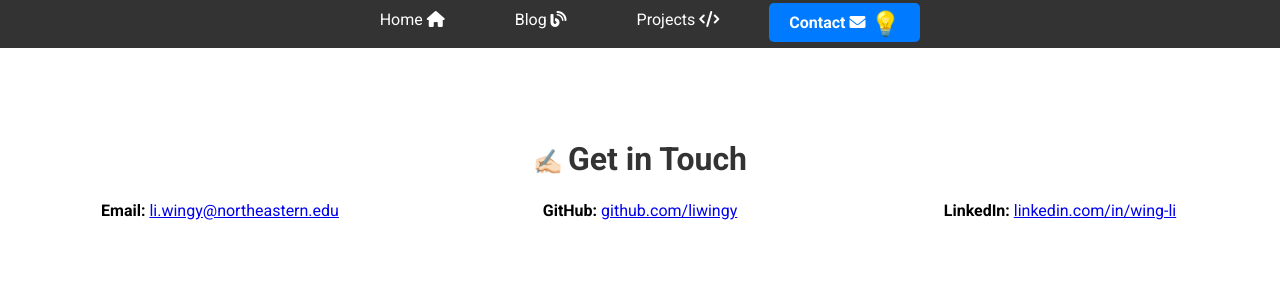
Repository: liwingy/cs5610_fall24_project1
Page: contact.html
These files come from the project's save history. The page is drawn as it stood at one moment and after the next save; the edit follows.
The browser window is 1280 px wide. The pictures show the whole page.

Above is the page before, as saved 2024-10-07 21:57:49.

After the next save:
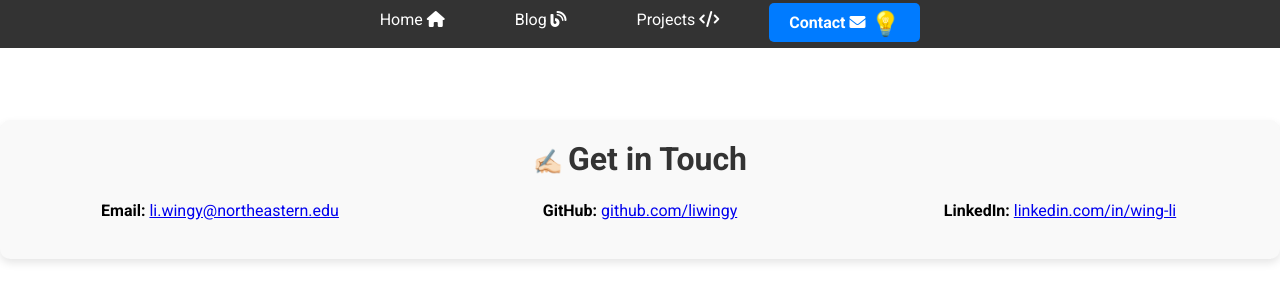
Saved 54 s later.
--- a/style.css
+++ b/style.css
@@ -141,6 +141,14 @@ p {
     margin-right: 5px;
 }
 
+.contact {
+    padding: 20px;
+    background-color: #f9f9f9; /* Optional: add background to each grid item */
+    border-radius: 10px;
+    box-shadow: 0 4px 8px rgba(0, 0, 0, 0.1); /* Optional: subtle shadow for each item */
+    text-align: center;
+}
+
 .contact h2:before {
     content: "✍🏻";            /* Add an icon before each heading */
     font-size: 1.5rem;
